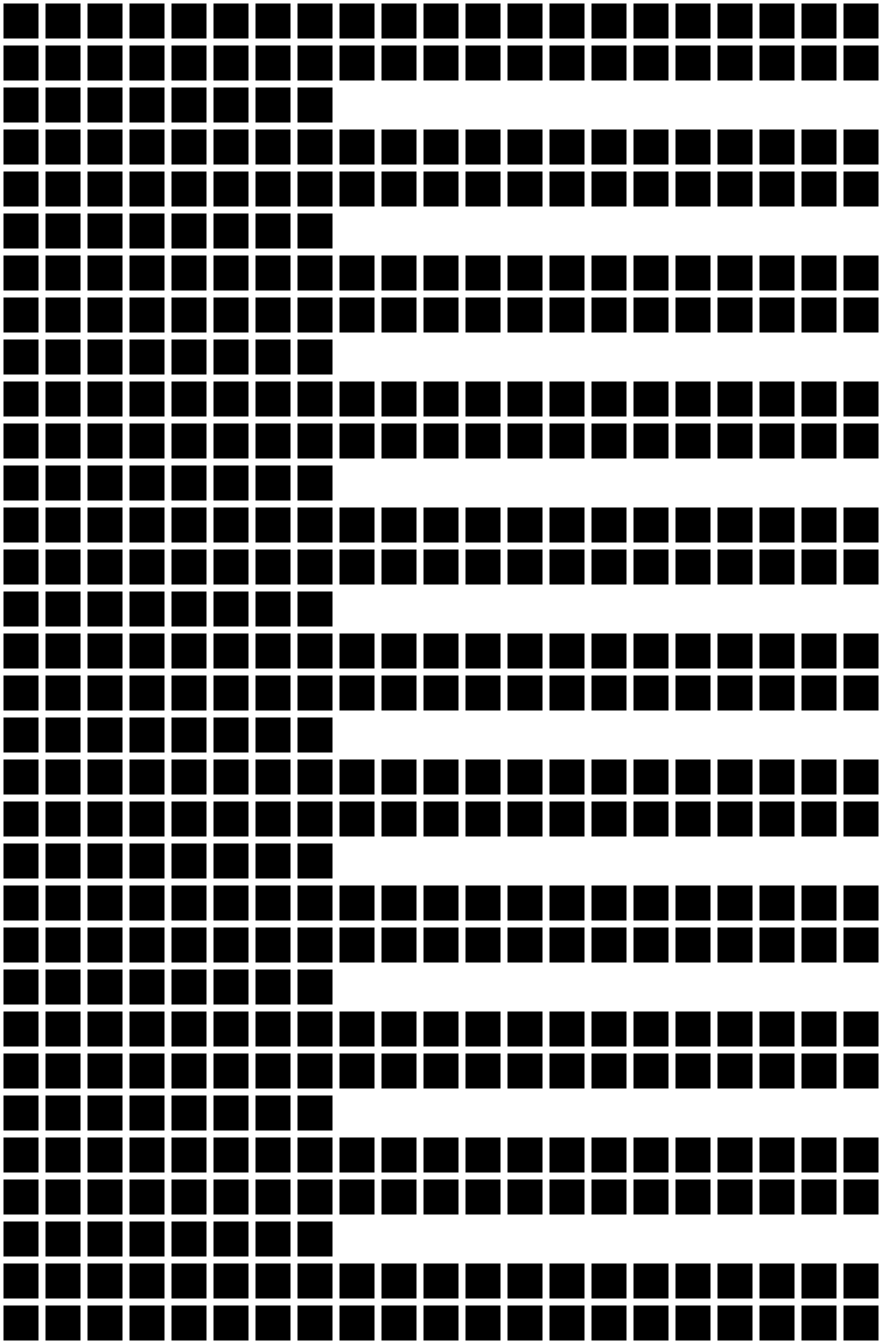
Repository: sokafootball/etch-a-sketc
Page: index.html
The author's editor kept a copy of each file at every save. The page is drawn from the files as they stood at one save, then again after the next save.
The browser window is 1280 px wide. The pictures show the part of the page from y = 0 to 1920 px (the page is 9000 px tall before and 720 px after), at 70% of full size.

Above is the page before, as saved 2020-04-16 20:45:49.

### index.html
<html>
<head>
  <link rel="stylesheet" type="text/css" href="reset.css">
  <link rel="stylesheet" type="text/css" href="style.css">
</head>
<body>
<div id="grid-div">
</div>
<script type="text/javascript" src="script.js"></script>
</body>
</html>

### style.css
.cell {
  height: 50px;
  display: inline-block;
  background-color: black;
  width: 50px;
  margin: 5px;
}

.cell:hover{
  background-color: white;
}

### script.js
const grid = document.querySelector(`#grid-div`)
const squaresPerSide = 50
for (let i = 1; i <= squaresPerSide; i++) {
  for (let j = 1; j <= squaresPerSide; j++) {
    const cell = document.createElement(`div`)
    cell.classList.add(`cell`)
    grid.appendChild(cell)
  }
  const br = document.createElement(`br`)
  grid.appendChild(br)
}

//make sure the user input an integer
function getSizeFromUser() {
  let size
  do { size = Number(prompt(`How many squares per side?`)) }while (isNaN(size) || size == ``)
  return size
}

Loaded but not shown: reset.css (common file)

After the next save:
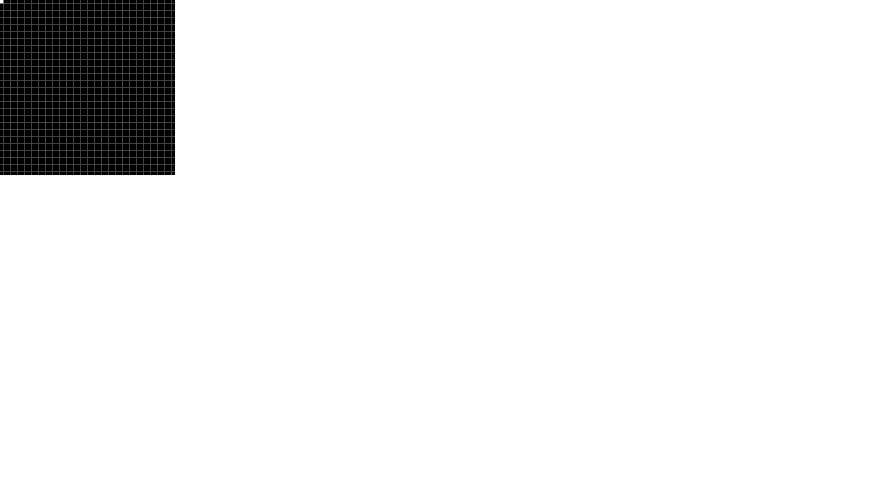
Saved 41 s later.
--- a/style.css
+++ b/style.css
@@ -1,9 +1,9 @@
 .cell {
-  height: 50px;
+  height: 5px;
   display: inline-block;
   background-color: black;
-  width: 50px;
-  margin: 5px;
+  width: 5px;
+  margin: 0px;
 }
 
 .cell:hover{
